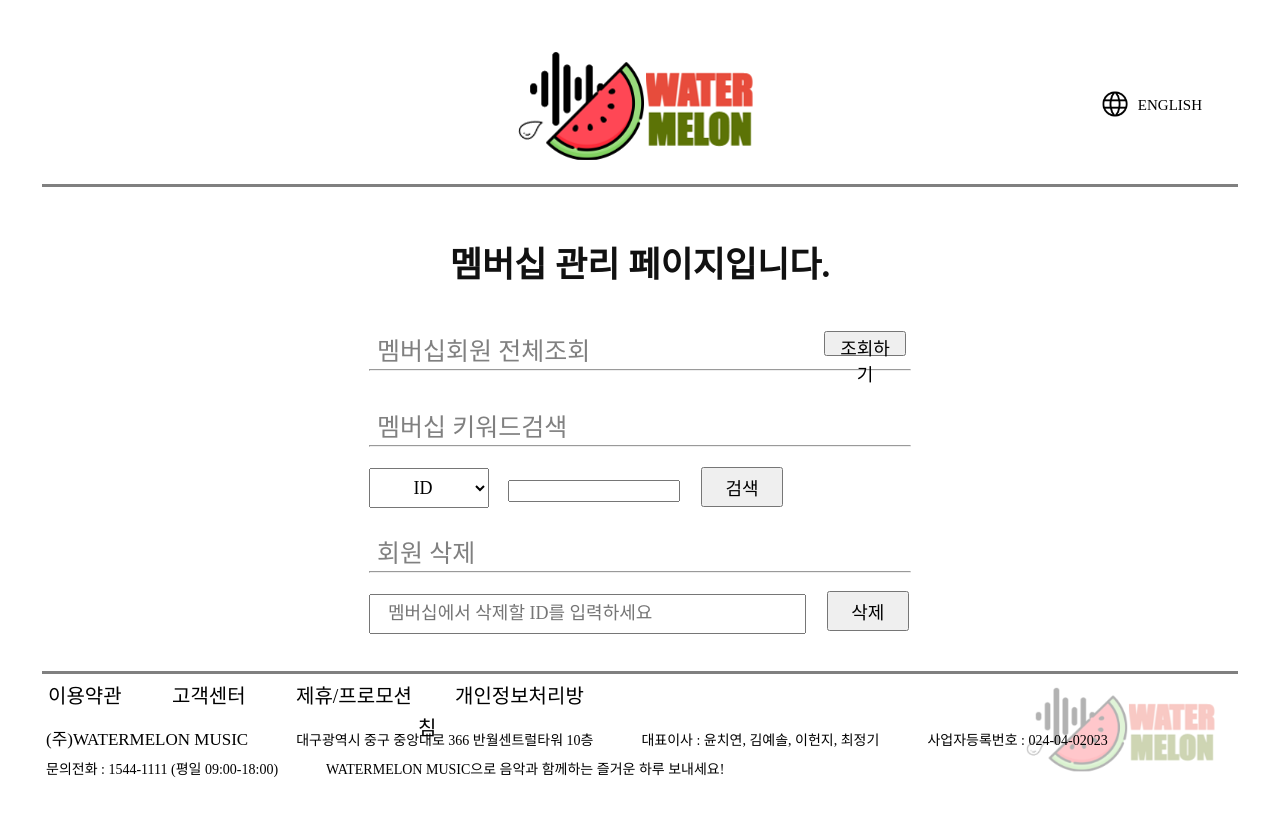
Repository: anchobb/TEAM_STS
Page: http://localhost/PJ_TEAM01/WEB-INF/views/membershipM.jsp
The author's editor kept a copy of each file at every save. The page is drawn from the files as they stood at one save, then again after the next save.
The browser window is 1280 px wide. The pictures show the whole page.
Some web fonts or font styles are not loaded; a fallback is used. Some web libraries are served in a nearby version. The page is served by Tomcat 9. Nobody is signed in. The template is opened directly, without the code that normally fills it, so the values that code supplies are empty.

Above is the page before, as saved 2023-09-19 05:38:19.

### PJ_TEAM01/src/main/webapp/WEB-INF/views/membershipM.jsp
 <%@ page language="java" contentType="text/html; charset=UTF-8"
    pageEncoding="UTF-8"%>
<%@ taglib uri="http://java.sun.com/jsp/jstl/core" prefix="c"%>
<!DOCTYPE html>
<html>
<head>
<meta charset="UTF-8">
<title>MEMBERSHIP_MEMBER PAGE</title>
<style>
		<%@include file="/resources/static/css/common.css" %>
		<%@include file="/resources/static/css/header.css" %>
		<%@include file="/resources/static/css/membershipM_Page.css" %>
		<%@include file="/resources/static/css/footer.css" %>
</style>

<script src="https://cdnjs.cloudflare.com/ajax/libs/jquery/3.6.0/jquery.min.js" integrity="sha512-894YE6QWD5I59HgZOGReFYm4dnWc1Qt5NtvYSaNcOP+u1T9qYdvdihz0PPSiiqn/+/3e7Jo4EaG7TubfWGUrMQ==" crossorigin="anonymous" referrerpolicy="no-referrer"></script>
  <script src="https://cdnjs.cloudflare.com/ajax/libs/jqueryui/1.12.1/jquery-ui.min.js" integrity="sha512-uto9mlQzrs59VwILcLiRYeLKPPbS/bT71da/OEBYEwcdNUk8jYIy+D176RYoop1Da+f9mvkYrmj5MCLZWEtQuA==" crossorigin="anonymous" referrerpolicy="no-referrer"></script>
  <link rel="stylesheet" href="https://cdnjs.cloudflare.com/ajax/libs/jqueryui/1.12.1/jquery-ui.min.css" integrity="sha512-aOG0c6nPNzGk+5zjwyJaoRUgCdOrfSDhmMID2u4+OIslr0GjpLKo7Xm0Ao3xmpM4T8AmIouRkqwj1nrdVsLKEQ==" crossorigin="anonymous" referrerpolicy="no-referrer" />
</head>
<body>
<div class="wrapper">
<header>
   <div class="log-header">
       <a href=<c:url value="/indexlog" />><img class="logo" src="${pageContext.request.contextPath}/resources/static/img/로고.png" alt=""></a>
       <ul>
          <li><a href=""><img  src="${pageContext.request.contextPath}/resources/static/img/english.png" alt="">ENGLISH</a></li>
       </ul>
    </div>
    <div class="logheader_line"></div>
</header>
<section class="membership_M">
	<h1>멤버십 관리 페이지입니다.</h1>
	<ul>
		<li><span class="title">멤버십회원 전체조회<button class="alluser" id="showButton">조회하기</button></span><hr/></li>
		<div class="selectall">
			<table>
				<tr>
					<td class="search_title1" style="color:rgb(92, 115, 6);">CODE</td>
					<td class="search_title1" style="color:rgb(92, 115, 6);">ID</td>
					<td class="search_title1" style="color:rgb(92, 115, 6);">NAME</td>
					<td class="search_title2" style="color:rgb(92, 115, 6);">START_DATE</td>
					<td class="search_title2" style="color:rgb(92, 115, 6);">END_DATE</td>
				</tr>
    	<c:forEach items="${list}" var="dto">
				<tr>
					<td class="search_title1">${dto.membershipCode}</td>
					<td class="search_title1">${dto.id}</td>
					<td class="search_title1">${dto.name}</td>
					<td class="search_title2">${dto.startDate}</td>
					<td class="search_title2">${dto.endDate}</td>
				</tr>
		</c:forEach>
			</table>


    	</div>
		<br />
		<li><span class="title">멤버십 키워드검색</span><hr/></li>
		 	<%-- <div class="search_block">
				<select id="select">
				    <option value="id" selected>ID</option>
				    <option value="membershipCode">멤버십 코드</option>
				    <option value="endDate">종료 날짜</option>
				</select>
				<form action="${pageContext.request.contextPath}/membership_selectId" method="post">
				<c:if ></c:if>
					<input type="text" class="search_input" placeholder="검색할 ID를 입력하세요" name="id">
				    <button class="ms_search" type="submit">검색</button>
				</form>
			</div> --%>

			<c:choose>
			    <c:when test="${selectedOption == 'membershipCode'}">
			        <div class="search_block">
			            <form action="${pageContext.request.contextPath}/membership_selectCode" method="post">
			                <input type="text" class="search_input" name="membershipCode" placeholder="멤버십 코드를 입력하세요">
			                <button class="ms_search" type="submit">검색</button>
			            </form>
			        </div>
			    </c:when>
			    <c:when test="${selectedOption == 'endDate'}">
			        <div class="search_block">
			            <form action="${pageContext.request.contextPath}/membership_selectDate" method="post">
			                <input type="text" class="search_input" name="endDate" placeholder="검색할 종료 날짜를 입력하세요">
			                <button class="ms_search" type="submit">검색</button>
			            </form>
			        </div>
			    </c:when>
			    <c:otherwise>
			        <div class="search_block">
			            <select id="select">
			                <option value="id">ID</option>
			                <option value="membershipCode">멤버십 코드</option>
			                <option value="endDate">종료 날짜</option>
			            </select>
			            <form action="${pageContext.request.contextPath}/membership_selectId" method="post">
			                <!-- <input type="text" class="search_input" placeholder="검색할 ID를 입력하세요" name="id"> -->
			                <input class="datepicker">
								<script>
								  $(function(){
								    $('.datepicker').datepicker();
								  })
								</script>
			                <button class="ms_search" type="submit">검색</button>
			            </form>
			        </div>
			    </c:otherwise>
			</c:choose>

		    <div class="oneshowBlock"></div>
		<br />
		<li><span class="title">회원 삭제</span><hr/></li>
		<form action="${pageContext.request.contextPath}/membership_delete" method="post">
    	<input type="text" id="remove_input" name="id" placeholder="멤버십에서 삭제할 ID를 입력하세요">
    	<button class="ms_delete">삭제</button>
		</form>
		<br />
	</ul>

</section>
<footer>
    <div class="footer_line"></div>
    <div>
        <ul class="footer_menu">
           <li><a href="">이용약관</a></li>
           <li><a href="">고객센터</a></li>
           <li><a href="">제휴/프로모션</a></li>
           <li style="width:170px"><a href=""> &nbsp;&nbsp;&nbsp;&nbsp;&nbsp;&nbsp;&nbsp;개인정보처리방침</a></li>
        </ul>
    </div>
    <p></p>
    <div class="Site_info">
        <img id="footer_logo" src="${pageContext.request.contextPath}/resources/static/img/로고.png" alt="">
        <span class="Sitename">(주)WATERMELON MUSIC</span>
        <span>대구광역시 중구 중앙대로 366 반월센트럴타워 10층</span>
        <span>대표이사 : 윤치연, 김예솔, 이헌지, 최정기</span>
        <span>사업자등록번호 : 024-04-02023</span>
        <br>
        <span>문의전화 : 1544-1111 (평일 09:00-18:00)</span>
        <span>WATERMELON MUSIC으로 음악과 함께하는 즐거운 하루 보내세요!</span>
     </div>
</footer>
</div>


<script src="https://cdnjs.cloudflare.com/ajax/libs/axios/1.4.0/axios.min.js" integrity="sha512-uMtXmF28A2Ab/JJO2t/vYhlaa/3ahUOgj1Zf27M5rOo8/+fcTUVH0/E0ll68njmjrLqOBjXM3V9NiPFL5ywWPQ==" crossorigin="anonymous" referrerpolicy="no-referrer"></script>


	<script>
	//회원 전체조회 script
		document.addEventListener('DOMContentLoaded', function() {
	       // 버튼 클릭 이벤트 핸들러
	       var showButton = document.getElementById('showButton');
	       var selectAllDiv = document.querySelector('.selectall');

	       showButton.addEventListener('click', function() {
	           // 현재 상태를 확인하여 토글
	           if (selectAllDiv.style.display === 'none' || selectAllDiv.style.display === '') {
	               selectAllDiv.style.display = 'block'; // 보이도록 함
	           } else {
	               selectAllDiv.style.display = 'none'; // 숨김
	           }
	       });
	   });


	//회원 단건조회 script
		document.addEventListener('DOMContentLoaded', function() {
		    var select = document.getElementById('select');
		    var searchBlock = document.querySelector('.search_block');

		    // 옵션 선택이 변경될 때 이벤트 리스너 추가
		    select.addEventListener('change', function() {
		        var selectedOption = select.value;
		        var formAction = '';
		        var inputName = '';
		        var inputPlaceholder = '';

		        // 선택된 옵션에 따라서 form action, input name, placeholder 설정
		        if (selectedOption === 'id') {
		            formAction = '${pageContext.request.contextPath}/membership_selectId';
		            inputName = 'id';
		            inputPlaceholder = '검색할 ID를 입력하세요';
		        } else if (selectedOption === 'membershipCode') {
		            formAction = '${pageContext.request.contextPath}/membership_selectCode';
		            inputName = 'membershipCode';
		            inputPlaceholder = '멤버십 코드를 입력하세요';
		        } else if (selectedOption === 'endDate') {
		            formAction = '${pageContext.request.contextPath}/membership_selectDate';
		            inputName = 'endDate';
		            inputPlaceholder = '검색할 종료 날짜를 입력하세요';
		        }

		        // 폼과 입력 필드 업데이트
		        var form = searchBlock.querySelector('form');
		        form.action = formAction;
		        var input = form.querySelector('.search_input');
		        input.name = inputName;
		        input.placeholder = inputPlaceholder;
		    });
		});


	//회원 삭제 script
	document.addEventListener("DOMContentLoaded", function () {
       const form = document.querySelector('.ms_delete');
       const searchInput = document.querySelector('#remove_input');

       form.addEventListener('click', async function (event) {
           event.preventDefault();

           const searchValue = searchInput.value;

           try {
               const response = await axios.post('/app/membership_delete', null, {
                   params: { id: searchValue }
               });
               console.log('서버 응답:', response);
               alert('삭제가 완료되었습니다.');
               location.reload();
           } catch (error) {
               if (error.response) {
                   console.error('서버 응답 오류:', error.response.data);
               } else {
                   console.error('요청 오류:', error.message);
               }
               // 오류가 발생했을 때 처리
               alert('삭제에 실패했습니다.');
           }
       });
   });


	</script>

</body>
</html>

### PJ_TEAM01/src/main/webapp/resources/static/css/common.css
@font-face {
    font-family: 'SDSamliphopangche_Basic';
    src: url('https://cdn.jsdelivr.net/gh/projectnoonnu/noonfonts-20-12@1.0/SDSamliphopangche_Basic.woff') format('woff');
    font-weight: normal;
    font-style: normal;
}

* {
    margin: 2px;
    box-sizing: border-box;
    font-family: 'SDSamliphopangche_Basic';
}

ul {
    list-style: none;
    padding: 0px;
    margin: 0px;
    color: black;
}

a {
    text-decoration: none;
    color: black;
}

.wrapper {
    width: 1200px;
    margin: 30px auto;
}

.wrapper>nav>.mobilemenu>.material-symbols-outlined{
    font-variation-settings:
    'FILL' 0,
    'wght' 400,
    'GRAD' 0,
    'opsz' 48}

### PJ_TEAM01/src/main/webapp/resources/static/css/header.css
/* header */
.wrapper>header {
    height:130px;
    /* border: 1px solid red; */
    margin-top: 20px;
}

/* 탑헤더 내 로고, 검색창, 퀵메뉴 전체 */
.wrapper>header>.top-header{
    height: 110px;
    /* border: 1px solid green; */
    display: flex;
    justify-content: space-between;
    align-items: center;
}

/* 탑헤더 내 로고 */
.wrapper>header>.top-header>.logo{
    margin-top: 0;
    width: 240px;
    height: 120px;
}

/* 탑헤더 내 검색창 */
.wrapper>header>.top-header>form .search_box{
    height: 38px;
    width: 500px;
    border: 3px solid rgb(92, 115, 6);
    position: relative;
    border-radius: 7px;
    line-height: 35px;
    padding-left: 10px;
}

.wrapper>header>.top-header>form .search_box>div{
    /* border: 1px solid rosybrown; */
    height: 35px;
    width: 110px;
    font-size: 20px;
    text-align: center;
    line-height: 35px;
    margin-top: -1px;
    margin-left: -10px;
    border-right: 3px solid rgb(92, 115, 6);
    background-color: rgba(92, 115, 6, 0.43);
}

.wrapper>header>.top-header>form .search_box>input {
    height: 30px;
    width: 340px;
    border: 1px;
    outline: 1px;
    position: absolute;
    top: -1px;
    left: 115px;
    font-size: 15px;
    color: black;
    font-family: 'NanumSquareBold';
}

.wrapper>header>.top-header>form .search_box>img {
    position: absolute;
    width: 30px;
    height: 30px;
    top: 0px;
    left: 92%;
    display: block;
}

/* 헤더 내 퀵메뉴 */
.wrapper>header>.top-header>ul {
    /* border: 1px solid red; */
    display: flex;
    justify-content: right;
    align-items: center;
}

.wrapper>header>.top-header>ul>li {
    /* border: 1px solid gray; */
    width: 110px;
    position: relative;
    text-align: center;
}

.wrapper>header>.top-header>ul>li>a {
    display: block;
    font-size: 16px;
    position: relative;
    left: 15px;
}

.wrapper>header>.top-header>ul>li>a>img{
    width: 20px;
    height: 18px;
    justify-content: center;
    align-content: center;
    position: absolute;
    top: -2.5px;
    left: -5px;
}

/* nav부분 STYLE */
.wrapper>nav>.navi{
    display: flex;
    justify-content: space-between;
}

/* 왼쪽 nav one-depth */
.wrapper>nav>.navi>.Menu_left>.one--depth {
    width: 100%;
    height: 60px;
    display: flex;
}

.wrapper>nav>.navi>.Menu_left>.one--depth>li {
    position: relative;
    height: 35px;
}

.wrapper>nav>.navi>.Menu_left>.one--depth>li>a {
    display: block;
    font-size: 20px;
    width: 110px;
    /* transition: 1s; */

}

/* 왼쪽 nav two-depth */
.wrapper>nav>.navi>.Menu_left>.one--depth>li>.two--depth {
    position: absolute;
    display: none;

}

.wrapper>nav>.navi>.Menu_left>.one--depth>li>.two--depth>li {
    height: 30px;
    line-height: 30px;

}

.wrapper>nav>.navi>.Menu_left>.one--depth>li>.two--depth>li>a {
    display: block;
    width: 120px;
    font-size: 17px;
}

.wrapper>nav>.navi>.Menu_left>.one--depth>li>a:hover {
    font-size: 22px;
}

.wrapper>nav>.navi>.Menu_left>.one--depth>li:hover .two--depth {
    display: flex;
}

.wrapper>nav>.navi>.Menu_left>.one--depth>li>.two--depth>li>a:hover {
    font-size: 18px;
    transition: 0.7s;
    color: rgb(192, 57, 43);
}

/* 오른쪽 nav one-depth */
.wrapper>nav>.navi>.Menu_right>.one--depth {
    width: 100%;
    height: 60px;
    display: flex;
}

.wrapper>nav>.navi>.Menu_right>.one--depth>li {
    position: relative;
    height: 35px;
}

.wrapper>nav>.navi>.Menu_right>.one--depth>li>a {
    display: block;
    font-size: 20px;
    width: 110px;
    text-align: right;
}

/* 오른쪽 nav two-depth */
.wrapper>nav>.navi>.Menu_right>.one--depth>li>.two--depth {
    position: absolute;
    display: none;
}

.wrapper>nav>.navi>.Menu_right>.one--depth>li>.two--depth>li {
    height: 30px;
    line-height: 30px;
}

.wrapper>nav>.navi>.Menu_right>.one--depth>li>.two--depth>li>a {
    display: block;
    width: 110px;
    font-size: 17px;
    text-align: center;
}

.wrapper>nav>.navi>.Menu_right>.one--depth>li>a:hover {
    font-size: 22px;
}

.wrapper>nav>.navi>.Menu_right>.one--depth>li:hover .two--depth {
    display: flex;
    text-align: right;
    right: -12px;
}

.wrapper>nav>.navi>.Menu_right>.one--depth>li>.two--depth>li>a:hover {
    font-size: 18px;
    transition: 0.7s;
    color: rgb(192, 57, 43);
}

/* header_line */
.wrapper>.header_line {
    display: block;
    background-color: gray;
    height: 3px;
    width: 100%;
    margin: 5px auto;
}

.wrapper>footer>#footer_logo{
    border: 1px solid;
    opacity: 0.6;
    margin-bottom: 500px;
}


.wrapper>header>.log-header{
    height: 150px;
    position: relative;
    display: flex;
    justify-content: center;
    align-items: center;
}

.logheader_line{
    display: block;
    background-color: gray;
    height: 3px;
    width: 100%;
    margin: 0 auto;
}


/* login header */

.wrapper>header>.log-header>a>.logo{
    margin-top: 0;
}

.wrapper>header>.log-header>ul{
    position: absolute;
    right: 30px;
}

.wrapper>header>.log-header>ul>li{
    display: inline-block;
    height: 40px;
    text-align: center;
    line-height: 35px;
}

.wrapper>header>.log-header>ul>li>a{
    font-size: 15px;
    position: relative;

}

.wrapper>header>.log-header>ul>li>a>img{
    position: absolute;
    width: 30px;
    height: 30px;
    right: 70px;
}

.wrapper>nav>.mobilemenu{
    display: none;
}

### PJ_TEAM01/src/main/webapp/resources/static/css/membershipM_Page.css
li{
    list-style: none;
    }

    .membership_M {
        width: 550px;
        display: block;
        height: 100%;
        padding-top: 50px;
        margin: 0 auto;
    }

    .membership_M h1 {
        padding-top: 20px;
        font-size: 35px;
        color: #111;
        text-align: center;
    }

  	.membership_M>ul {
        padding: 40px 0 10px;
    }

    .membership_M>ul li {
        padding: 0 0 12px;
        text-align: left;
    }

    .membership_M>ul li .title {
		font-size: 25px;
		display: block;
		margin-left: 10px;
		color: gray;
	}

	.search_block{
		display: flex;
	}

	.membership_M select{
		width: 120px;
		height: 40px;
		text-align: center;
		margin-top:5px;
		margin-right: 15px;
		font-size: 18px;
	}

	.search_input{
	 	width: 300px;
        height: 40px;
        box-sizing: border-box;
        text-indent: 15px;
        font-size: 18px;
        color: black;
        font-family: 'SDSamliphopangche_Basic';
	}


	#remove_input{
        width: 80%;
        height: 40px;
        box-sizing: border-box;
        text-indent: 15px;
        font-size: 18px;
        color: black;
        font-family: 'SDSamliphopangche_Basic';
    }

    .membership_M>form input::-webkit-input-placeholder {
        font-size: 18px;
        color: gray;
    }

	.membership_M .title>.alluser{
		width: 82px;
        height: 25px;
        font-size: 18px;
        cursor: pointer;
        display: inline-block;
        margin: 0 5px;
        float: right;

	}

	table{
		table-layout: fixed;
		border-collapse: collapse;
	 	width: 540px;
	}

	td{
		border-bottom: 1px solid black;
	 	overflow: hidden;
	 	text-overflow: ellipsis;
	  	white-space: nowrap;
	  	padding:5px;
	}

	th:first-child, td:first-child {
    	border-left: none;
  	}

	.search_title1{
		width:80px;
		font-size:18px;
	}

	.search_title2{
		width:150px;
		font-size:18px;
	}


    .membership_M form .ms_search, .ms_delete{
        width: 82px;
        height: 40px;
        margin-left: 15px;
        margin-right: 0px;
        font-size: 18px;
        cursor: pointer;
    }

	.selectall {
        display: none;
        font-size: 20px;
		text-align: center;
    }

### PJ_TEAM01/src/main/webapp/resources/static/css/footer.css
/* footer */

/* footer line */
.wrapper>footer>.footer_line {
    display: block;
    background-color: gray;
    height: 3px;
    width: 100%;
    margin: 5px auto;
}

/* footer */
.wrapper>footer>div>.footer_menu {
    display: flex;
    /* border: 1px solid; */
    height: 40px;
}

.wrapper>footer>div>.footer_menu>li{
    /* border: 1px solid red; */
    width: 120px;
    height: 30px;
    line-height: 30px;
}

.wrapper>footer>div>.footer_menu>li>a{
    font-family: 'SDSamliphopangche_Basic';
    font-size: 20px;
}

.wrapper>footer>.Site_info{
    position: relative;
}

.wrapper>footer>.Site_info>#footer_logo{
    position: absolute;
    top: -50px;
    right: 0;
    width: 220px;
    height: 110px;
    opacity: 0.3;
    z-index: -1;
}

.wrapper>footer>.Site_info>span{
    display: inline-block;
    font-size: 14px;
    padding: 2px 40px 2px 0;
}

.wrapper>footer>.Site_info>.Sitename{
    font-family: 'SDSamliphopangche_Basic';
    font-size: 17px;
}

After the next save:
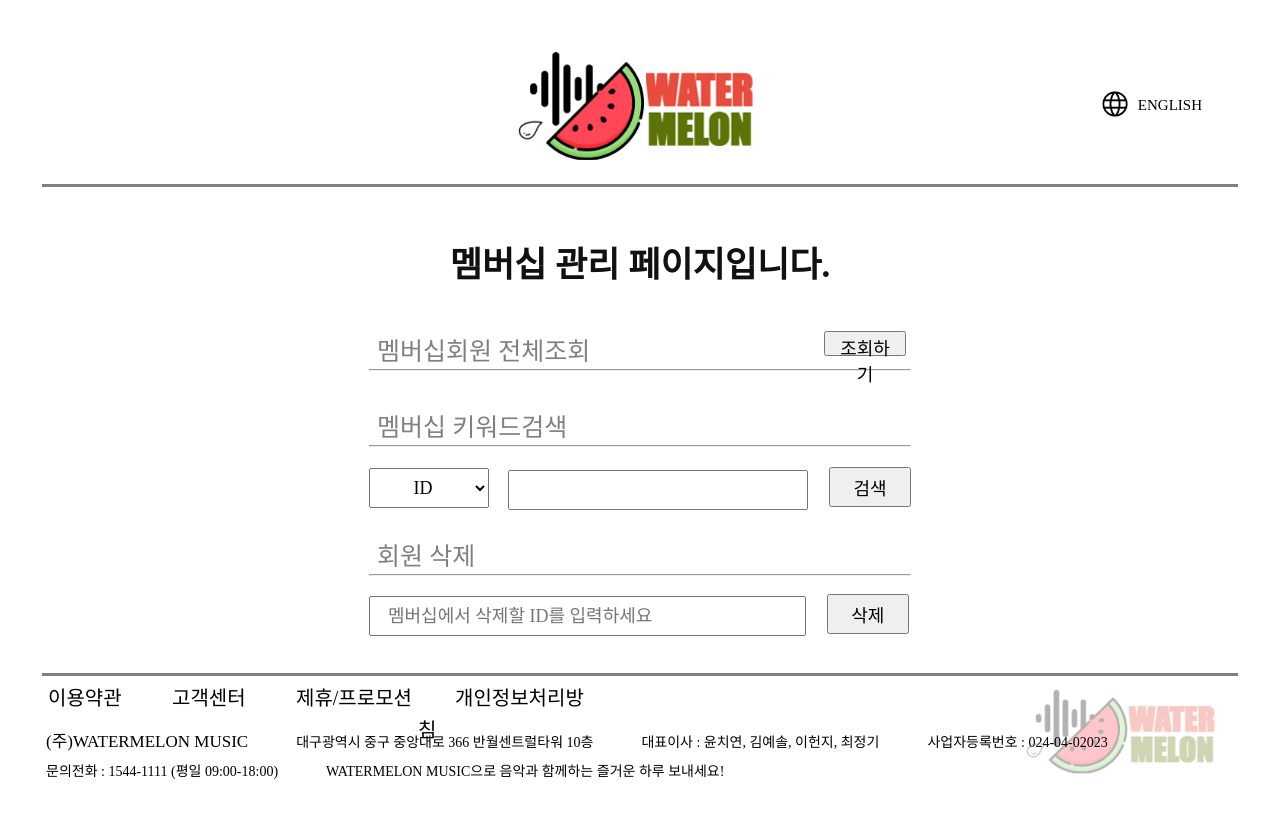
Saved 108 s later.
--- a/PJ_TEAM01/src/main/webapp/resources/static/css/membershipM_Page.css
+++ b/PJ_TEAM01/src/main/webapp/resources/static/css/membershipM_Page.css
@@ -46,7 +46,7 @@
 		font-size: 18px;
 	}
 
-	.search_input{
+	.search_input, .datepicker{
 	 	width: 300px;
         height: 40px;
         box-sizing: border-box;
